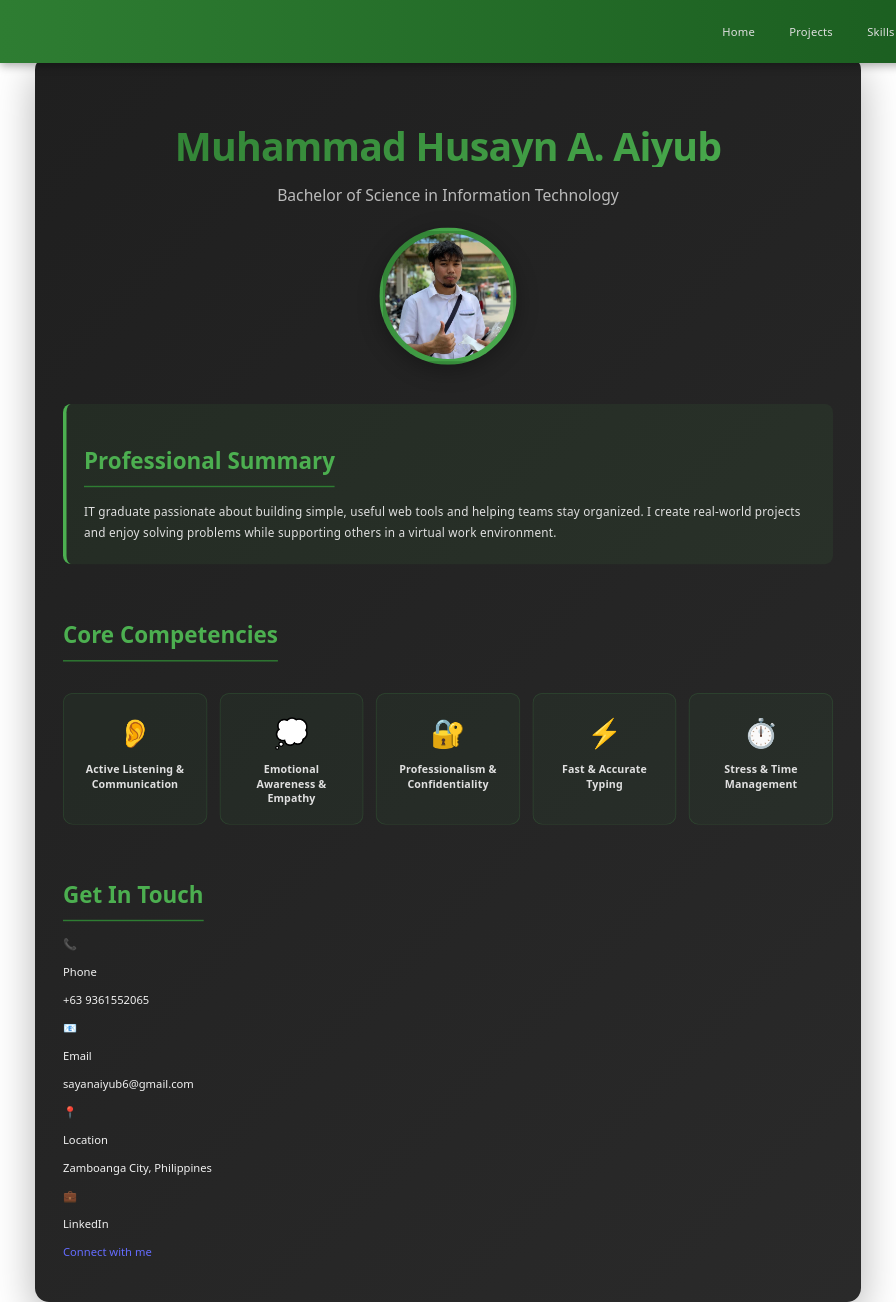
Repository: SAYANA11/portfolio
Page: /
An editor plug-in stored every save of this project. The page is shown before and after the next save, followed by the edit.
The browser window is 1280 px wide. The pictures show the whole page, at 70% of full size.
The project was rebuilt for these pictures with package versions that can differ from the ones it lists, and the page was loaded fresh each time. Also part of the build but not shown: vite.config.js, src/components/Projects.css, src/components/Projects.jsx, src/components/Skills.css, src/components/Skills.jsx.

Above is the page before, as saved 2026-02-16 20:42:16.

After the next save:
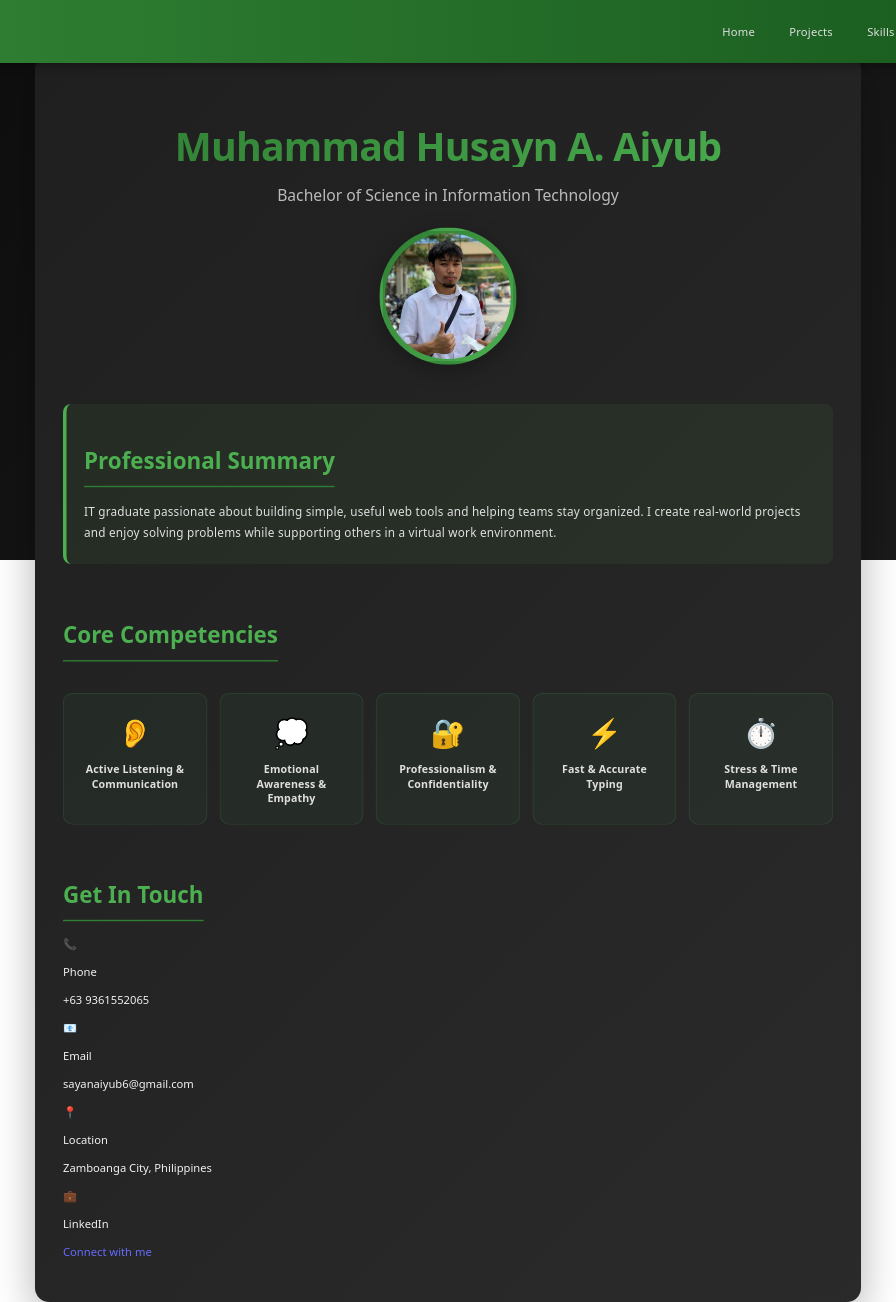
Saved 6 s later.
--- a/src/index.css
+++ b/src/index.css
@@ -33,7 +33,8 @@ html, body, #root {
 body {
   margin: 0;
   min-width: 320px;
-  background-color: #ffffff; /* Ensure a consistent background color */
+  background: linear-gradient(135deg, #0f0f0f 0%, #1a1a1a 100%);
+  min-height: 100vh;
 }
 
 h1 {
